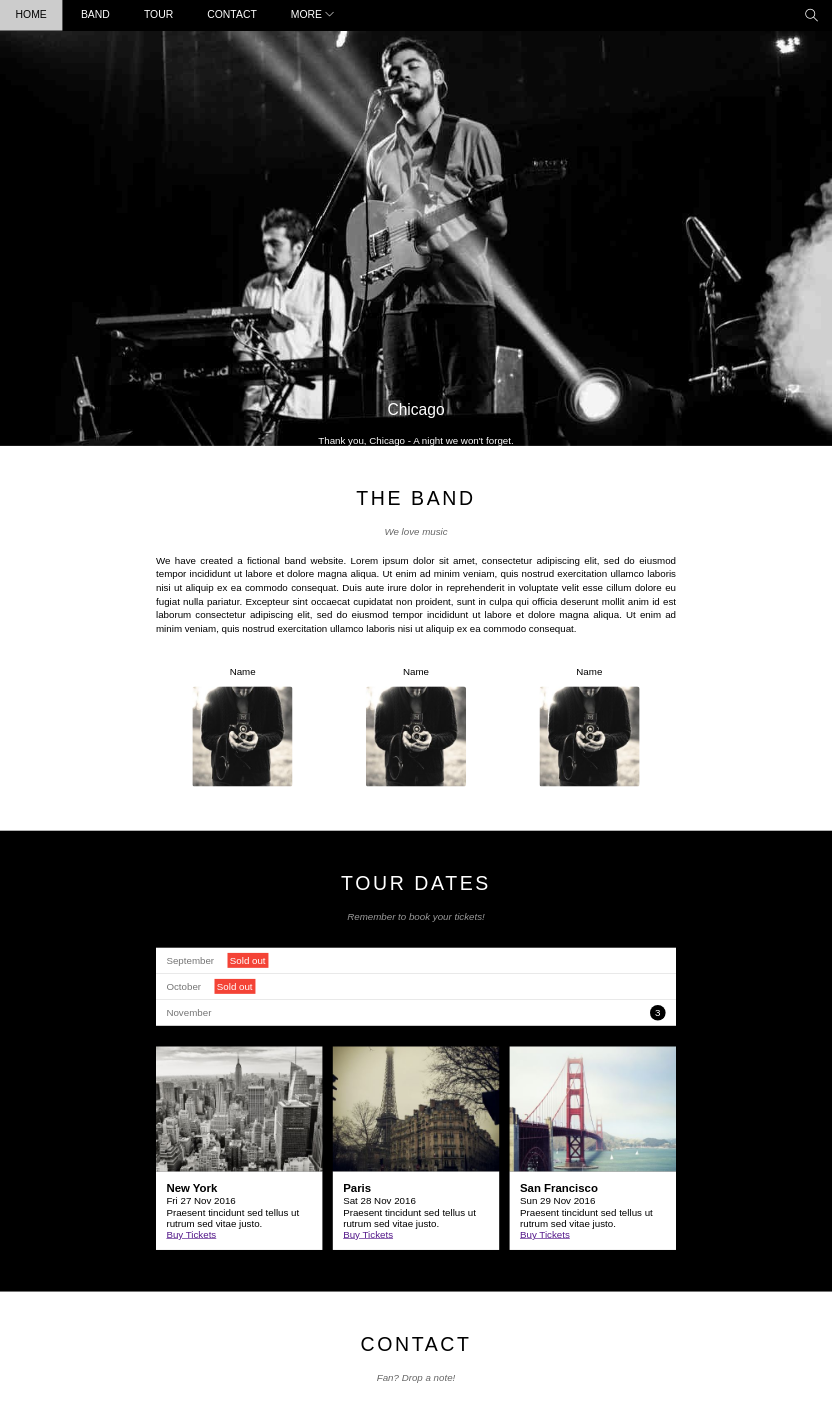
Repository: Thanhtrunghoang123/the-band
Page: index.html
These files come from the project's save history. The page is drawn as it stood at one moment and after the next save; the edit follows.
The browser window is 1280 px wide. The pictures show the whole page, at 65% of full size.

Above is the page before, as saved 2022-07-21 21:12:04.

After the next save:
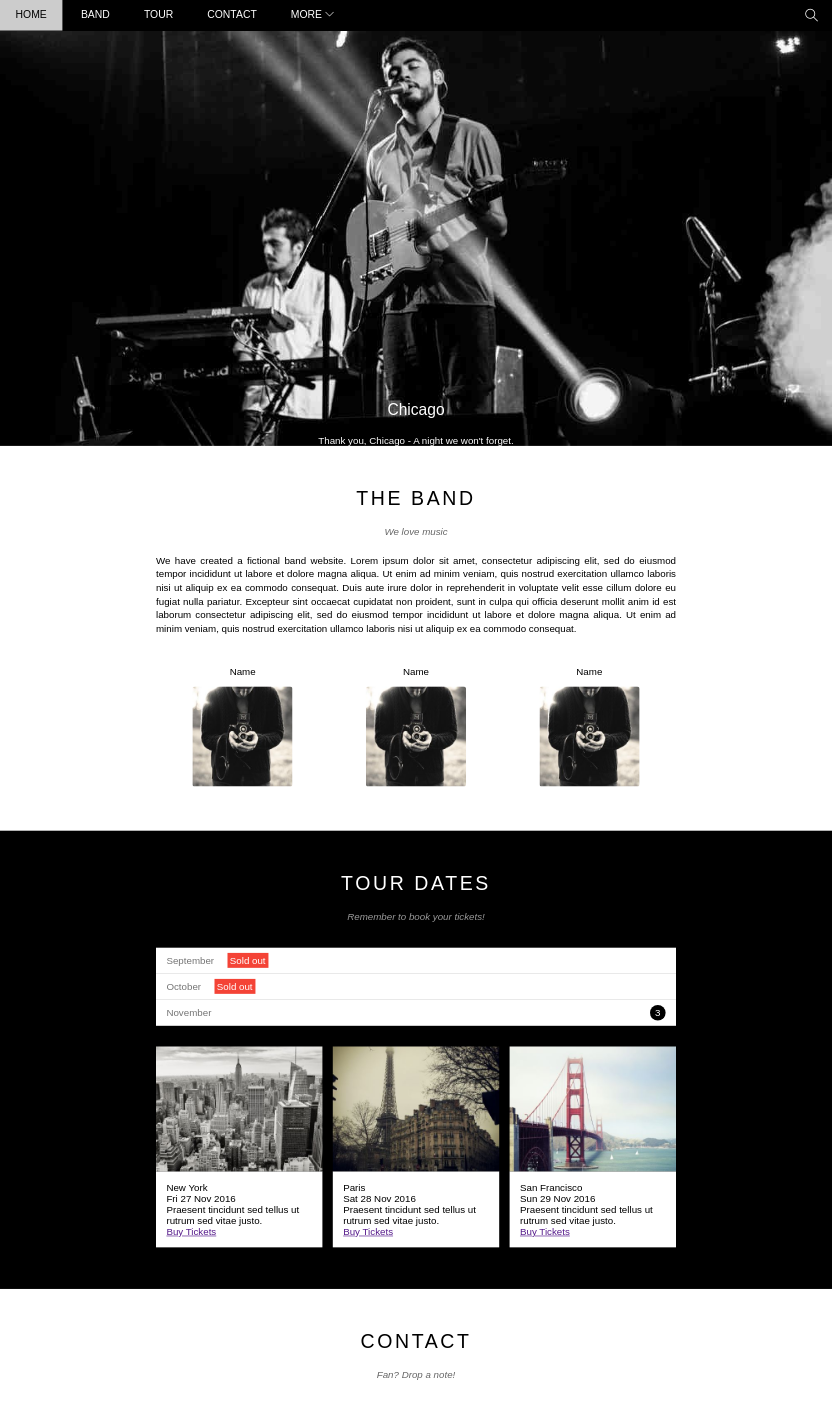
Saved 37 s later.
--- a/assest/css/style.css
+++ b/assest/css/style.css
@@ -239,6 +239,8 @@
 }
 
 .place-heading{
+    font-size: 15px;
+    font-weight: 500;
 
 }
 
